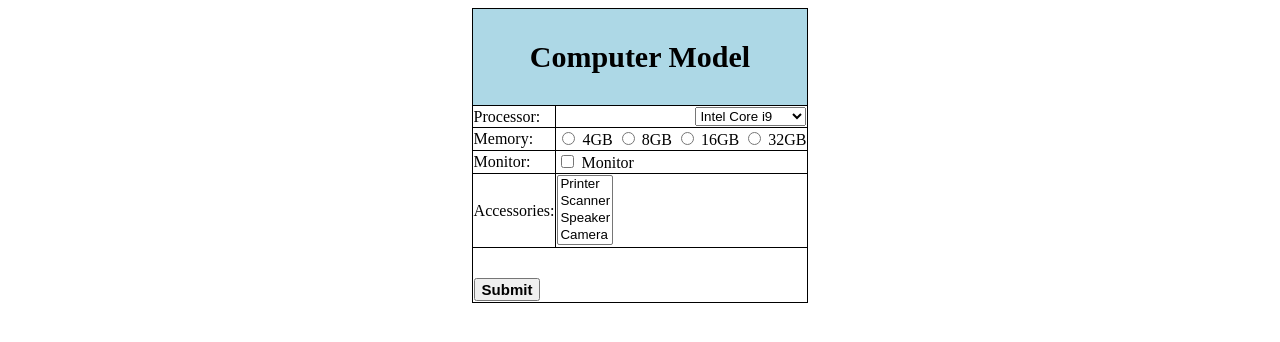
Repository: FatCat0712/JSP
Page: http://localhost/bai_20/computer.jsp
These files come from the project's save history. The page is drawn as it stood at one moment and after the next save; the edit follows.
The browser window is 1280 px wide. The pictures show the whole page.
The page is served by Tomcat 9.

Above is the page before, as saved 2024-04-22 12:28:50.

### bai_20/src/main/webapp/computer.jsp
<%@ page language="java" contentType="text/html; charset=UTF-8"
    pageEncoding="UTF-8"%>
<!DOCTYPE html>
<html>
<head>
<meta charset="UTF-8">
<title>Insert title here</title>
<style>
	table,td{
		border: 1px solid black;
		border-collapse: collapse;
	}
</style>
</head>
<body>
	<form action="donHang.jsp">
		<table style="margin-left: auto; margin-right: auto">
			<tr>
				<td colspan="2" style="background-color: lightblue; align-content: center; text-align: center;">
					<p style="font-size: 30px; font-weight: bold;">Computer Model</p>
				</td>
			</tr>
			<tr>
				<td>Processor: </td>
				<td align="right">
					<select name="Processor">
						<option value="corei9">Intel Core i9</option>
						<option value="corei7">Intel Core i7</option>
						<option value="corei5">Intel Core i5</option>
						<option value="corei3">Intel Core i3</option>
						<option value="dualcore">Intel Dual Core</option>
						<option value="pentium">Intel Pentium</option>
					</select>
				</td>
			</tr>
			<tr>
				<td>Memory: </td>
				<td>

						<input type="radio" id="m1" name="memory">
						<label for="m1">4GB</label>

						<input type="radio" id="m2" name="memory">
						<label for="m2">8GB</label>

						<input type="radio" id="m3" name="memory">
						<label for="m3">16GB</label>

						<input type="radio" id="m4" name="memory">
						<label for="m4">32GB</label>


				</td>
			</tr>

			<tr>
				<td>Monitor: </td>
				<td>
					<input type="checkbox" name="monitor" id="monitor"/>
					<label for="monitor">Monitor</label>
				</td>
			</tr>

			<tr>
				<td>
					Accessories:
				</td>
				<td>
					<select name="accessories" multiple="multiple">
						<option value="printer">Printer</option>
						<option value="scanner">Scanner</option>
						<option value="speaker">Speaker</option>
						<option value="camera">Camera</option>


					</select>
				</td>
			</tr>

			<tr >
				<td colspan="2" style="padding-top: 30px">
					<input type="submit" value="Submit" style="font-weight: bold; font-size: 15px"/>
				</td>

			</tr>



		</table>
	</form>
</body>
</html>

After the next save:
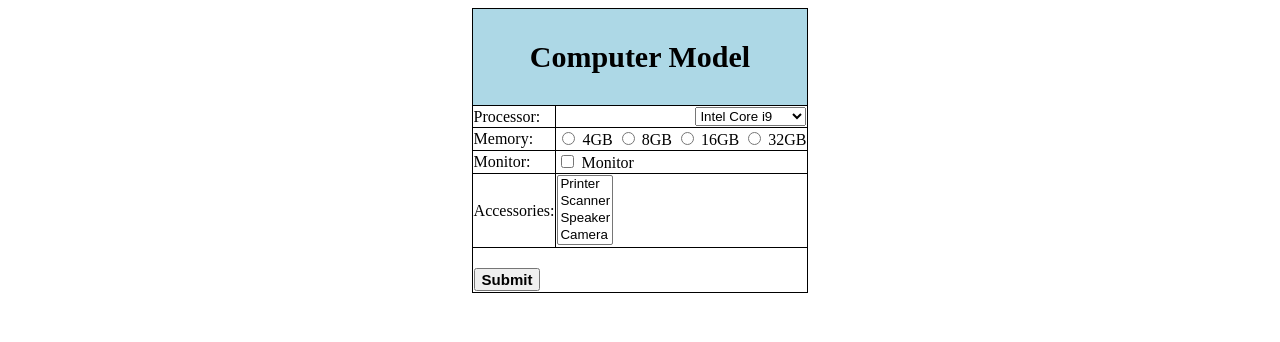
Saved 4 s later.
--- a/bai_20/src/main/webapp/computer.jsp
+++ b/bai_20/src/main/webapp/computer.jsp
@@ -78,7 +78,7 @@
 			</tr>
 
 			<tr >
-				<td colspan="2" style="padding-top: 30px">
+				<td colspan="2" style="padding-top: 20px">
 					<input type="submit" value="Submit" style="font-weight: bold; font-size: 15px"/>
 				</td>
 
